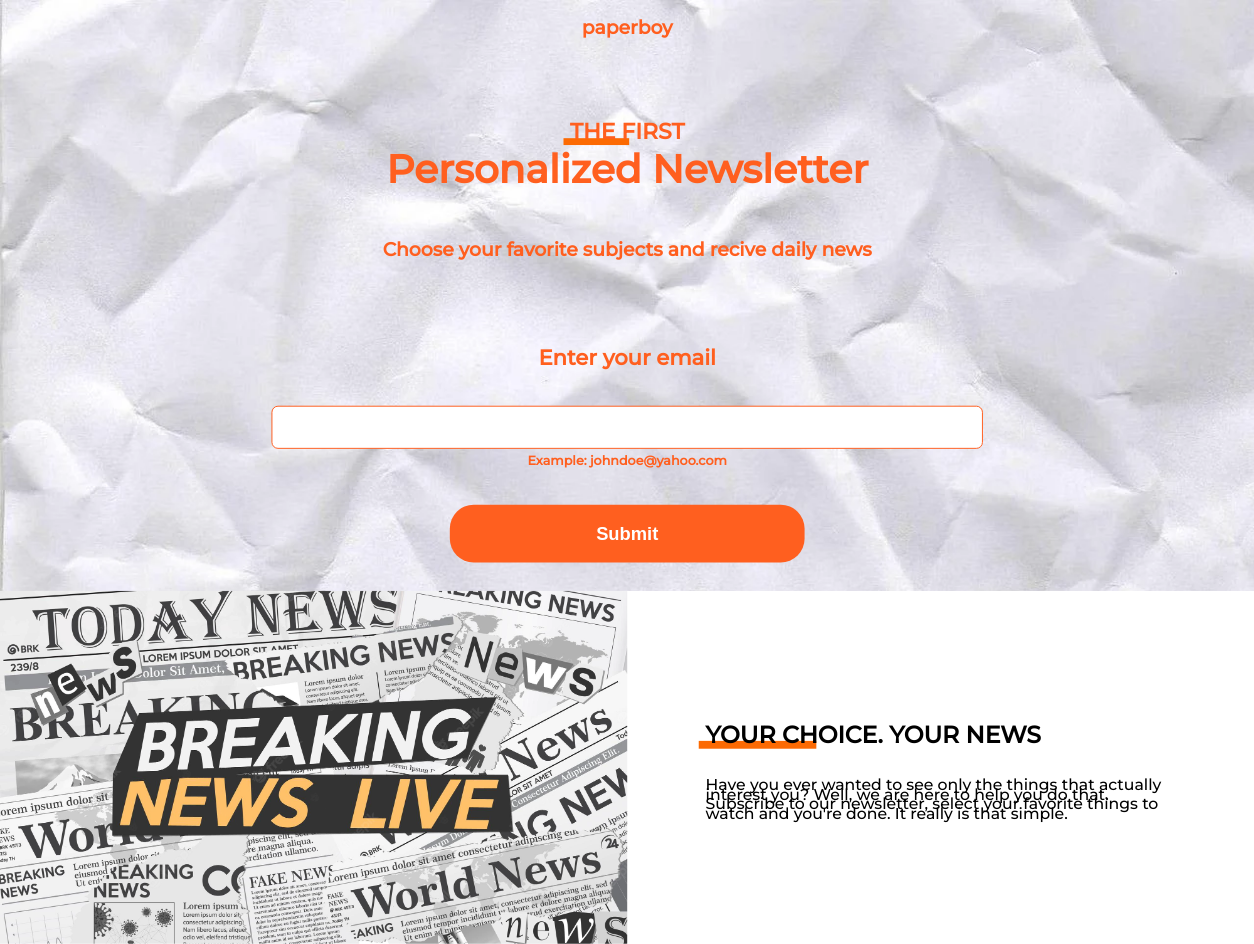
Repository: Gionnn/proiecte
Page: index.html
These files come from the project's save history. The page is drawn as it stood at one moment and after the next save; the edit follows.
The browser window is 1280 px wide. The pictures show the whole page, at 98% of full size.

Above is the page before, as saved 2022-11-28 14:58:28.

### index.html
<!DOCTYPE html>
<html lang="en">
  <head>
    <meta charset="UTF-8" />
    <meta name="viewport" content="width=device-width, initial-scale=1.0" />
    <meta http-equiv="X-UA-Compatible" content="ie=edge" />
    <link rel="stylesheet" href="css/main.css" />
    <title>Paperboy</title>
  </head>

  <body>
    <div class="hero-bg">
      <section class="top">
        <header>
          <a href="index.html">paperboy</a>
        </header>

        <h1><span>The first </span>Personalized Newsletter</h1>
        <p>
          Choose your favorite subjects and recive daily news
        </p>
        <div class="form-container">
          <form action="">
            <div class="form-left">
              <label for="email">Enter your email</label>
              <input type="text" name="email" id="email" />
              <p>Example: johndoe@yahoo.com</p>
            </div>
            <input type="button" value="Submit" />
          </form>
        </div>
      </section>
    </div>

    <section class="bottom">
      <div class="right-col">
        <h2>Your choice. Your news</h2>
        <p>
          Have you ever wanted to see only the things that actually interest
          you? Well, we are here to help you do that. Subscribe to our
          newsletter, select your favorite things to watch and you're done. It
          really is that simple.
        </p>
      </div>
      <img src="images/paper.jpeg" alt="Breaking News" />
    </section>
  </body>
</html>

### css/main.css
@import url("https://fonts.googleapis.com/css2?family=Montserrat:wght@500&display=swap");

body {
  font-family: "Montserrat", sans-serif;
  margin: 0;
}

.hero-bg {
  background: url("../images/background.jpeg");
  color: #ff5f1f;
  text-align: center;
}

header {
  padding-top: 1em;
}
.hero-bg a {
  color: #ff5f1f;
  text-decoration: none;
  font-weight: bold;
  font-size: 1.2rem;
}

section {
  margin: 0 1em;
}

h1 {
  font-size: 2.5rem;
  margin: 2em 0 1.2em;
}

h1 span {
  text-transform: uppercase;
  display: block;
  font-size: 1.4rem;
  position: relative;
  z-index: 1;
}
h1 span::before {
  content: " ";
  position: absolute;
  width: 3em;
  background: #fc6a03;
  height: 0.3em;
  bottom: 0;
  z-index: -1;
  margin-left: -0.3em;
}
.hero-bg p {
  font-weight: bold;
  margin: 0 1em 3em;
  font-size: 1.2rem;
}
.form-container {
  margin: 2em -1em 0;
  padding: 2em;
}
label {
  color: #ff5f1f;
  font-weight: bold;
  display: block;
  margin-bottom: 1em;
  font-size: 1.5em;
}
input[type="text"] {
  border: 1px solid #ff5f1f;
  width: 60%;
  padding: 1em;
  box-sizing: border-box;
  border-radius: 0.5em;
  margin-top: 1.2em;
}
.form-container {
  color: #ff5f1f;
  margin-bottom: 1.5em;
  font-weight: normal;
  font-size: 0.9em;
  margin-top: 0.3em;
}
.form-container p {
  font-size: 0.9em;
  margin-top: 0.4em;
}
input[type="button"] {
  background-color: #ff5f1f;
  border: none;
  width: 30%;
  color: white;
  font-weight: bold;
  padding: 1em 0;
  border-radius: 1.3em;
  font-size: 1.3em;
  cursor: pointer;
}

input[type="button"]:hover {
  background-color: #c47508;
}

.bottom {
  margin: 0;
}

.right-col {
  text-align: center;
  margin: 3em 1em;
}

h2 {
  text-transform: uppercase;
  position: relative;
}

h2::before {
  content: " ";
  position: absolute;
  width: 5em;
  background: #fc6a03;
  height: 0.3em;
  bottom: 0;
  z-index: -1;
  margin-left: -0.3em;
}

img {
  width: 100%;
}

p {
  line-height: 1em;
}

@media (min-width: 730px) {
  section {
    margin: 0 4em;
  }
  .form-container {
    margin: 2em -4em 0;
  }
}

@media (min-width: 930px) {
  .bottom {
    display: grid;
    grid-template-columns: repeat(2, 50%);
    grid-template-areas: "paper content";
  }
  .right-col {
    grid-area: content;
    padding: 0 10%;
    text-align: left;
    align-self: center;
  }
  .right-col p {
    margin-top: 2em;
    line-height: 10px;
  }
  img {
    grid-area: paper;
  }
}

.top {
  animation: fadeIn 2s forwards;
}

@keyframes fadeIn {
  from {
    opacity: 0;
    transform: translateY(-2em);
  }
  to {
    opacity: 1;
    transform: translateY(0);
  }
}

After the next save:
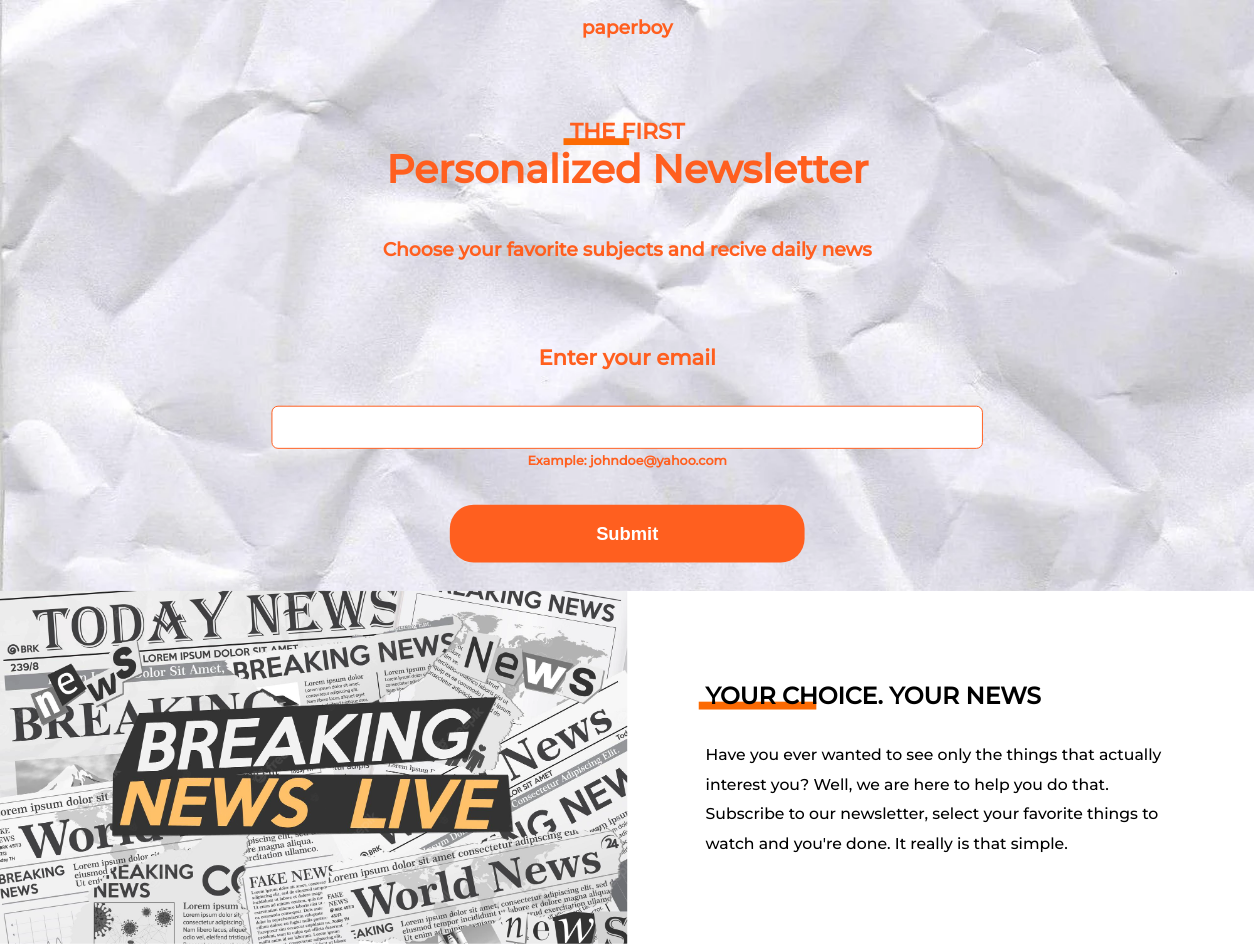
Saved 5 s later.
--- a/css/main.css
+++ b/css/main.css
@@ -154,7 +154,7 @@ p {
   }
   .right-col p {
     margin-top: 2em;
-    line-height: 10px;
+    line-height: 30px;
   }
   img {
     grid-area: paper;
